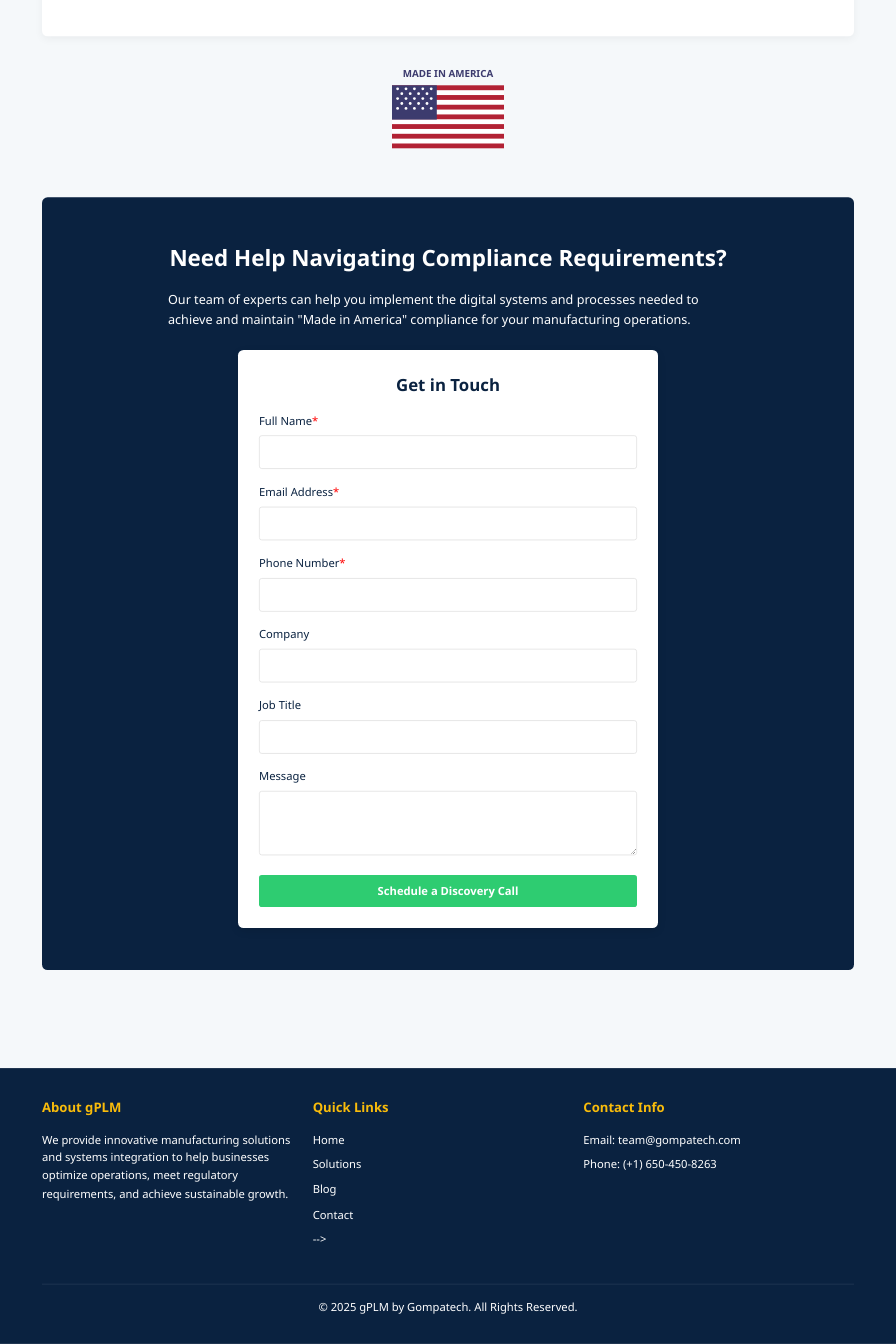
Repository: gompaBlogs/website
Page: mia.html
These files come from the project's save history. The page is drawn as it stood at one moment and after the next save; the edit follows.
The browser window is 1280 px wide. The pictures show the part of the page from y = 2497 to 4417 px (the page is 4417 px tall before and 4382 px after), at 70% of full size.

Above is the page before, as saved 2025-04-30 18:06:22.

After the next save:
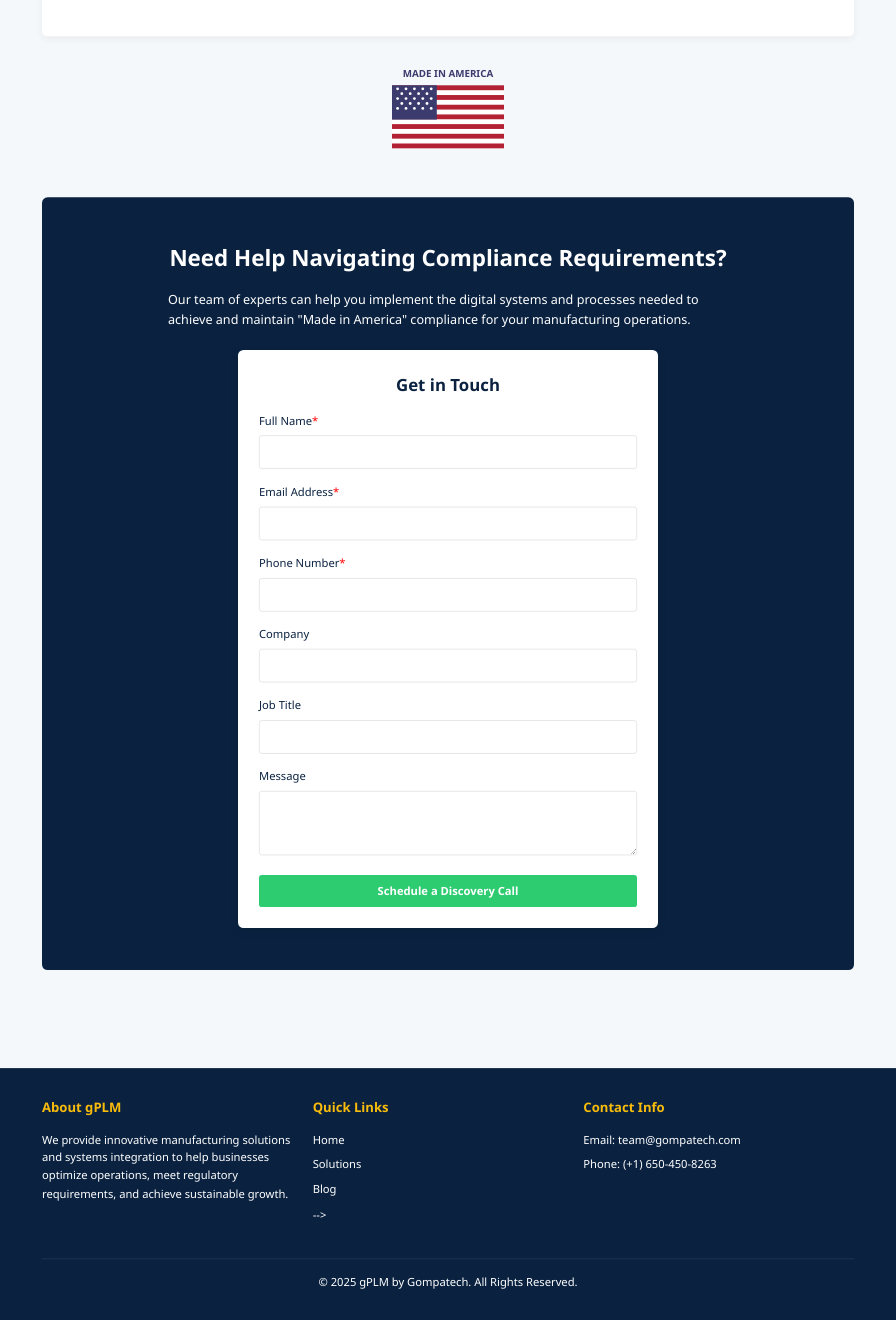
Saved 8 s later.
--- a/mia.html
+++ b/mia.html
@@ -585,7 +585,7 @@
                         <li><a href="#">Solutions</a></li>
                         <!-- <li><a href="#">Resources</a></li> -->
                         <li><a href="#">Blog</a></li>
-                        <li><a href="#">Contact</a></li> -->
+                        <!-- <li><a href="#">Contact</a></li> --> -->
                     </ul>
                 </div>
                 <div class="footer-section">
